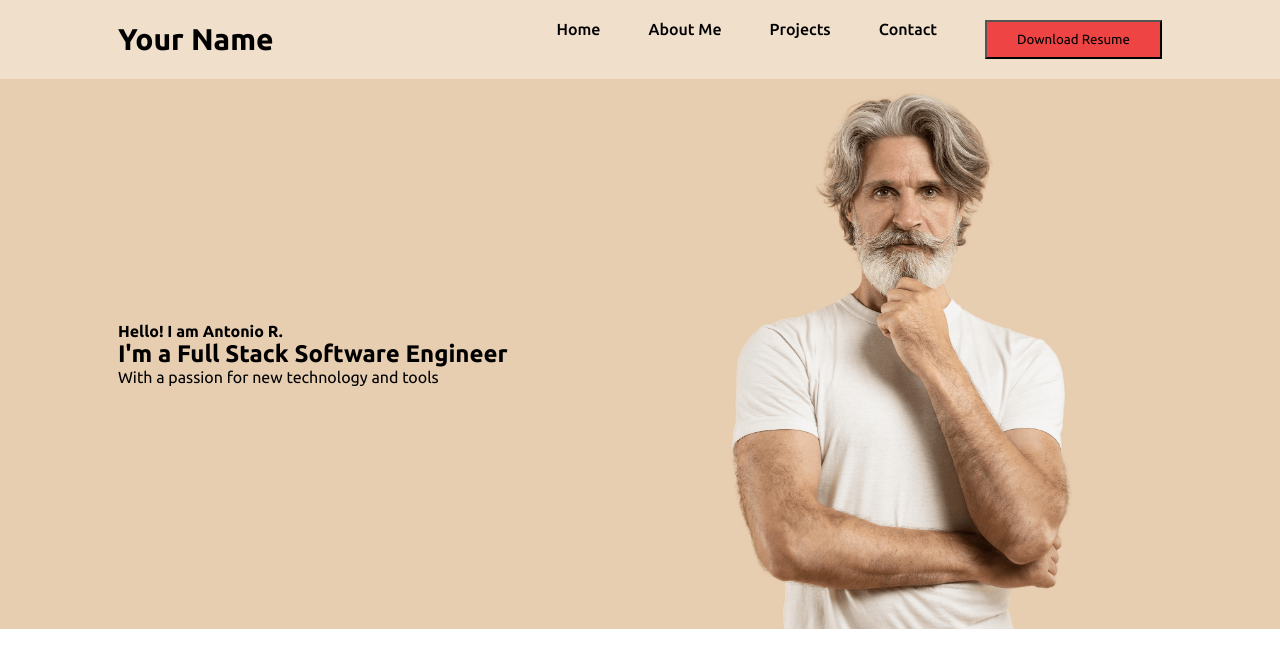
Repository: DevAntonioRogers/vanilla-portfolio
Page: index.html
An editor plug-in stored every save of this project. The page is shown before and after the next save, followed by the edit.
The browser window is 1280 px wide. The pictures show the whole page.

Above is the page before, as saved 2023-07-14 16:43:18.

After the next save:
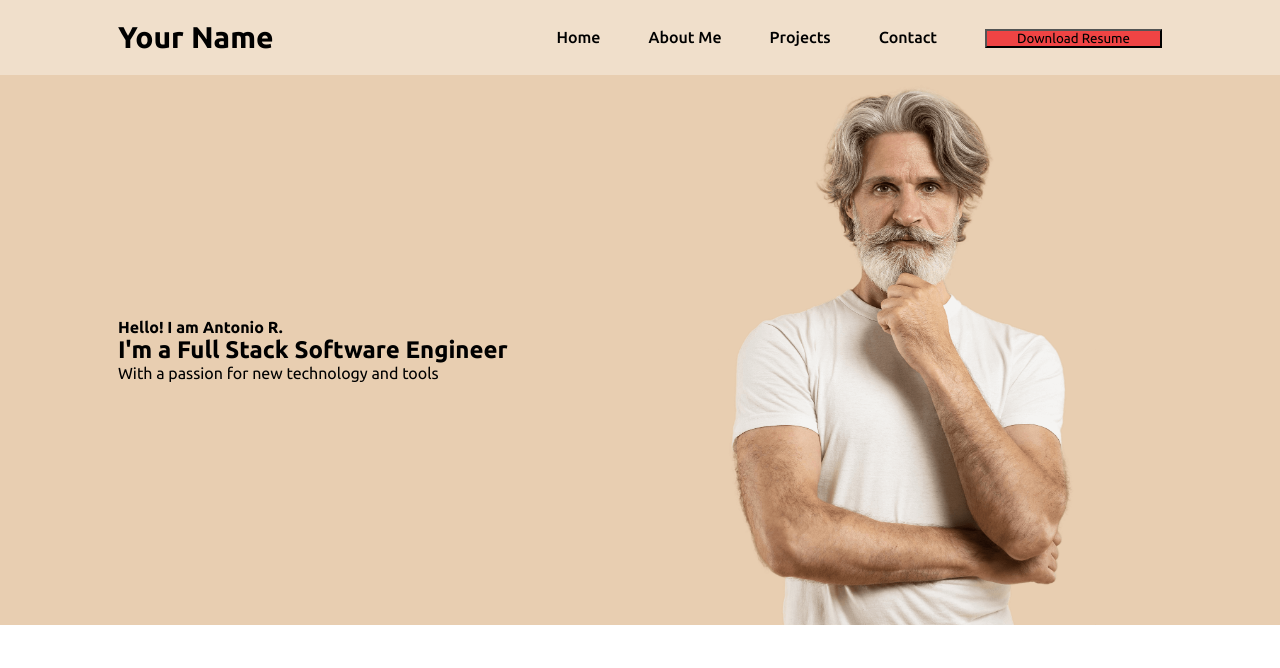
Saved 19 s later.
--- a/style.css
+++ b/style.css
@@ -51,7 +51,7 @@ nav {
 
 .navbar-button {
   background-color: #ef4444;
-  padding: 10px 30px;
+  padding: 0 30px;
 }
 
 /* HERO STYLES */
